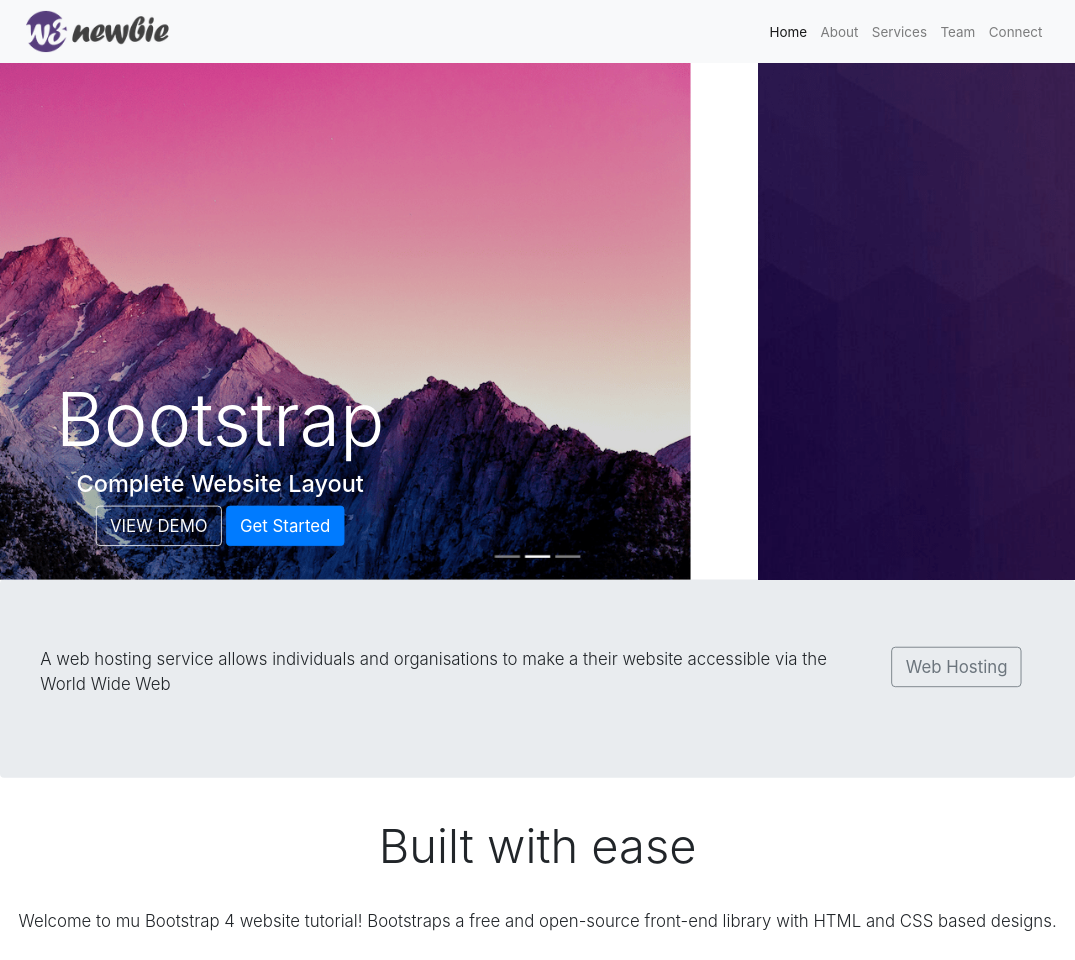
Repository: rkyankya/Bootstrap-1
Page: index.html
These files come from the project's save history. The page is drawn as it stood at one moment and after the next save; the edit follows.
The browser window is 1280 px wide. The pictures show the whole page, at 84% of full size.
Some web libraries are served in a nearby version.

Above is the page before, as saved 2019-12-15 17:09:32.

After the next save:
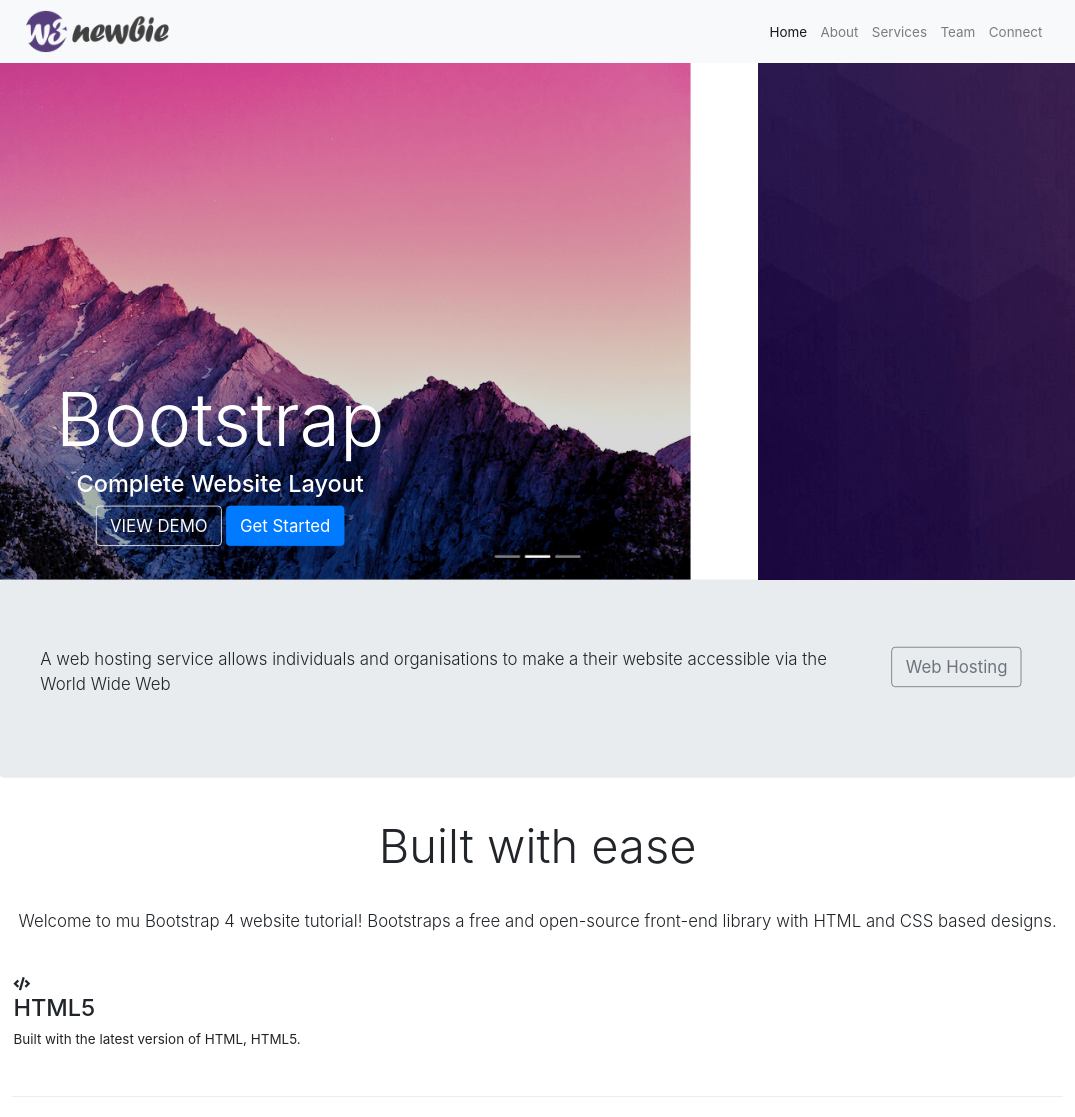
Saved 8 min 26 s later.
--- a/index.html
+++ b/index.html
@@ -102,8 +102,13 @@
     <!--- Three Column Section -->
     <div class="container-fluid padding">
         <div class="row text-centre padding">
-
+            <div class="col-xs-12 col-sm-6 col-md-4">
+                <i class="fas fa-code"></i>
+                <h3>HTML5</h3>
+                <p>Built with the latest version of HTML, HTML5.</p>
+            </div>
         </div>
+        <hr class="my-4">
     </div>
 
 
